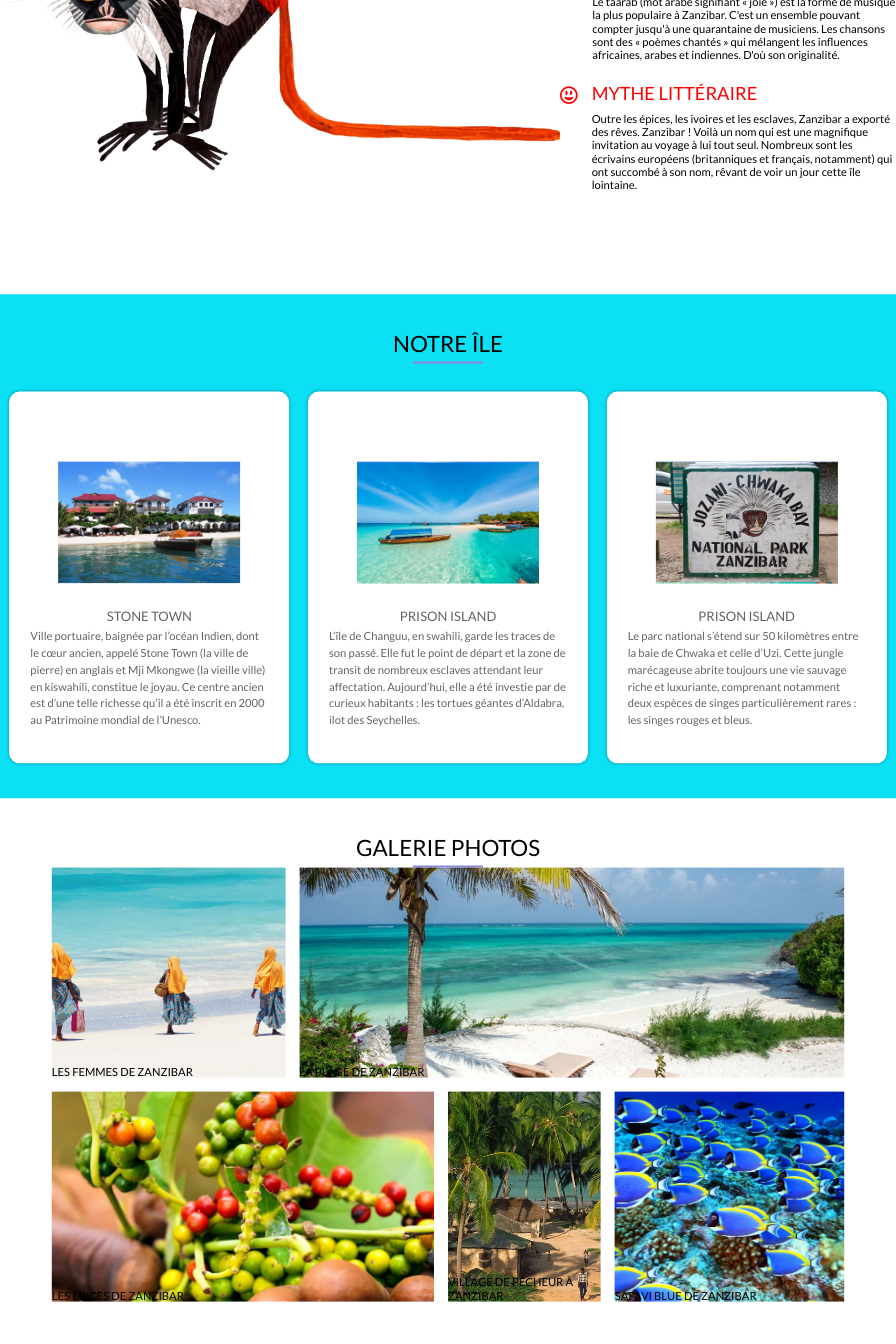
Repository: ypiard85/zanzibar
Page: index.html
An editor plug-in stored every save of this project. The page is shown before and after the next save, followed by the edit.
The browser window is 1280 px wide. The pictures show the part of the page from y = 1158 to 3078 px (the page is 3078 px tall), at 70% of full size.
Some web fonts or font styles are not loaded; a fallback is used.

Above is the page before, as saved 2021-03-01 11:32:36.

### index.html
<!DOCTYPE html>
<html lang="en">
  <head>
    <meta charset="UTF-8" />
    <meta http-equiv="X-UA-Compatible" content="IE=edge" />
    <meta name="viewport" content="width=device-width, initial-scale=1.0" />
    <link rel="stylesheet" href="font/font.css" />
    <link rel="stylesheet" href="./style.css" />
    <link
      rel="stylesheet"
      href="https://use.fontawesome.com/releases/v5.15.2/css/all.css"
      integrity="sha384-vSIIfh2YWi9wW0r9iZe7RJPrKwp6bG+s9QZMoITbCckVJqGCCRhc+ccxNcdpHuYu"
      crossorigin="anonymous"
    />
    <link
      href="https://fonts.googleapis.com/css?family=Lato:300,400,700"
      rel="stylesheet"
    />
    <link
      href="https://fonts.googleapis.com/css?family=Sanchez"
      rel="stylesheet"
    />
    <title> </title>
  </head>
  <body>
    <header role="header">
      <nav class="nav">
        <div class="nav_left">
          <a href="">
            Zanibar
          </a>
        </div>
        <ul class="nav_link">
          <li><a href="">Qui sommes-nous</a></li>
          <li><a href="">Notre île</a></li>
          <li><a href="">Photos</a></li>
          <li><a href="">Témoignages</a></li>
          <li><a href="">Nos séjours</a></li>
          <li><a href="">Contact</a></li>
        </ul>
      </nav>
    </header>
      <section class="image_thumbnail">
        <div class="content_thumbnail">
          <p class="titlte_first">ZANBIZAR</p>
          <p class="title_second">UN ART DE VIVRE</p>
          <p>Lorem ipsum dolor sit amet consectetur adipisicing elit.</p>
          <a href="" class="btn_plein">Notre île</a>
          <a href="" class="btn_empty">Contactez-nous</a>
        </div>
      </section>
      <section class="about">
        <div class="title">
          <p class="blue_border">Qui sommes-nous</p>
        </div>
        <div class="about_content">
          <div class="about_content_left">
            <img src="./tea.png" alt="tea image" />
          </div>
          <div class="about_content_right">
            <div class="about_content_option">
              <i class="far fa-check-circle"></i>
              <p>
                <span>RELIGIONS ET CROYANCES</span>
                La religion principale à Zanzibar est l'islam (97 %), à
                dominante sunnite. Les hindouistes constituent une toute petite
                communauté. Plusieurs minorités religieuses (musulmanes) ont élu
                domicile à Zanzibar : es ismaéliens (qui vénèrent Ismaël, l'un
                des descendants du prophète Ali, et dont le chef spirituel et
                temporel est le célèbre et richissime Aga Khan) et les dawoodis
                bohras, des Indo-Pakistanais, qui suivent les préceptes du
                Coran, mais dont la pratique religieuse, marginale, est beaucoup
                moins dogmatique.
              </p>
            </div>
            <div class="about_content_option">
              <i class="far fa-check-circle"></i>
              <p>
                <span>MUSIQUE</span>
                Le taarab (mot arabe signifiant « joie ») est la forme de
                musique la plus populaire à Zanzibar. C'est un ensemble pouvant
                compter jusqu'à une quarantaine de musiciens. Les chansons sont
                des « poèmes chantés » qui mélangent les influences africaines,
                arabes et indiennes. D'où son originalité.
              </p>
            </div>
            <div class="about_content_option">
              <i class="far fa-grin-alt"></i>
              <p>
                <span>MYTHE LITTÉRAIRE</span>
                Outre les épices, les ivoires et les esclaves, Zanzibar a
                exporté des rêves. Zanzibar ! Voilà un nom qui est une
                magnifique invitation au voyage à lui tout seul. Nombreux sont
                les écrivains européens (britanniques et français, notamment)
                qui ont succombé à son nom, rêvant de voir un jour cette île
                lointaine.
              </p>
            </div>
          </div>
        </div>
      </section>
      <section class="notre_ile">
        <div class="title">
          <p class="blue_border">Notre île</p>
        </div>
        <div class="content">
          <div class="card">
            <img src="./card/stone-town.png" alt="stone town" />
            <h3>STONE TOWN</h3>
            <p>
              Ville portuaire, baignée par l’océan Indien, dont le cœur ancien,
              appelé Stone Town (la ville de pierre) en anglais et Mji Mkongwe
              (la vieille ville) en kiswahili, constitue le joyau. Ce centre
              ancien est d’une telle richesse qu’il a été inscrit en 2000 au
              Patrimoine mondial de l’Unesco.
            </p>
          </div>
          <div class="card">
            <img src="./card/prison-island.png" alt="" />
            <h3>PRISON ISLAND</h3>
            <p>
              L’île de Changuu, en swahili, garde les traces de son passé. Elle
              fut le point de départ et la zone de transit de nombreux esclaves
              attendant leur affectation. Aujourd’hui, elle a été investie par
              de curieux habitants : les tortues géantes d’Aldabra, ilot des
              Seychelles.
            </p>
          </div>
          <div class="card">
            <img src="./card/parc-national-jozani.png" alt="" />
            <h3>PRISON ISLAND</h3>
            <p>
              Le parc national s’étend sur 50 kilomètres entre la baie de Chwaka
              et celle d’Uzi. Cette jungle marécageuse abrite toujours une vie
              sauvage riche et luxuriante, comprenant notamment deux espèces de
              singes particulièrement rares : les singes rouges et bleus.
            </p>
          </div>
        </div>
      </section>
      <section class="galerie">
        <div class="title">
          <p class="blue_border">GALERIE PHOTOS</p>
        </div>
        <div class="image_galerie">
            <div class="img_top">
              <div class="img_top_left">
                <p class="img_title">LES FEMMES DE ZANZIBAR</p>
              </div>
              <div class="img_top_right">
                <p class="img_title">LA PLAGE DE ZANZIBAR</p>
              </div>
            </div>
            <div class="img_bottom">
              <div class="img_bottom_left">
                <p class="img_title">LES ÉPICES DE ZANZIBAR</p>
              </div>
              <div class="img_bottom_center">
                <p class="img_title">VILLAGE DE PÊCHEUR À ZANZIBAR</p>
              </div>
              <div class="img_bottom_right">
                <p class="img_title">SAFAVI BLUE DE ZANZIBAR</p>
              </div>
            </div>
        </div>
      </section>
    </div>
  </body>
</html>

### font/font.css
/*! Generated by Font Squirrel (https://www.fontsquirrel.com) on June 4, 2019 */



@font-face {
    font-family: 'warnesregular';
    src: url('warnes-regular-webfont.eot');
    src: url('warnes-regular-webfont.eot?#iefix') format('embedded-opentype'),
         url('warnes-regular-webfont.woff2') format('woff2'),
         url('warnes-regular-webfont.woff') format('woff'),
         url('warnes-regular-webfont.ttf') format('truetype'),
         url('warnes-regular-webfont.svg#warnesregular') format('svg');
    font-weight: normal;
    font-style: normal;

}

### style.css
:root{
    --font-family-title: "warnesregular";
    --guillemet-citation: "Sanchez", serif;
    --font-size-title-medium: 32px;
    --button-header-blue: rgb(85, 85, 199);
    --font-size-title-red: red;
}

*{
    margin: 0;
    padding: 0;
    box-sizing: border-box;
    list-style: none;
    text-decoration: none;
    transition: 0.3s;
}

html {
    background-color: #fff;
    font-family: "Lato", "Arial", sans-serif;
}


.nav{
    background: black;
    display: flex;
    justify-content: space-around;
    align-items: center;
    padding: 5px 0;
    width: 100%;
}

section{
    padding: 50px 0;
}

.nav *{
    color: #fff;
}

.nav_left a{
    font-family: var(--font-family-title);
    font-size: 32px;
}

.nav_link{
    display: flex;
}

.nav_link li a{
    color: rgb(233, 233, 233);
    margin: 0 10px;

}

.image_thumbnail{
    background-image: url('./header.jpg');
    background-repeat: no-repeat;
    background-position: center right;
    height: 93vh;

}

.content_thumbnail{
    padding: 190px;
    color: #fff;
}

.content_thumbnail .titlte_first{
    font-size: 58px;
}

.content_thumbnail .title_second{
    font-size: 58px;
    font-weight: 100;
}

.content_thumbnail > a{
    display: inline-block;
    margin-top: 10px;
    padding: 8px 30px;
    border-radius: 8px;
    margin-right: 20px;
    font-weight: 600;
}

.btn_plein{
    background-color: white;
    color: var(--button-header-blue);
}

.btn_plein:hover{
    background-color: var(--button-header-blue);
    color: white;
}

.btn_empty{
    background-color: transparent;
    color: #fff;
    border: 2px solid #fff;
}

.btn_empty:hover{
    color: var(--button-header-blue);
    background-color: white;
}


section .title p {
    text-align: center;
    text-transform: uppercase;
    font-size: var(--font-size-title-medium);
    position: relative;
}

.blue_border::after{
    content: '';
    position: absolute;
    background-color: rgb(138, 138, 218);
    left: 0;
    right: 0;
    bottom: -10px;
    height: 3px;
    width: 100px;
    margin: 0 auto;
}

.about_content{
    margin-top: 60px;
    display: flex;
    justify-content: space-evenly;
}

.about_content_option{
    display: flex;
    margin-bottom: 30px;
}

.about_content_option i{
    font-size: 26px;
    color: var(--font-size-title-red);
    margin-right: 20px;
    margin-top: 5px;
}

.about_content_option p span{
    display: block;
    color: var(--font-size-title-red);
    font-size: 26px;
    margin-bottom: 10px;
}

.about_content_right{
    width: 500px;
}

.notre_ile{
    background-color: #0CE0F5;
}

.notre_ile > .content{
    margin-top: 50px;
}

.card{
    background-color: #FFF;
    display: flex;
    flex-direction: column;
    align-items: center;
    width: 400px;
    max-width: 100%;
    padding: 50px 30px;
    border-radius: 15px;
    box-shadow: 0 0 5px rgba(0, 0, 0, 0.411);
    color: rgb(99, 99, 99);
}

.card *{
    font-weight: normal ;
}

.card h3{
    margin-bottom: 5px;
}

.card p{
    line-height: 1.5rem;
}

.card img{
    width: 260px;
}

.notre_ile .content{
    display: flex;
    align-items: center;
    justify-content: space-around;

}

.image_galerie{
    display: flex;
    flex-direction: column;
    justify-content: space-between;
    width: 90%;
    margin: auto;
}

.img_top, .img_bottom{
    display: flex;
    justify-content: space-around;
}

.img_top div, .img_bottom div{
    margin: 10px;
    height: 300px;
    position: relative;
}

.img_top_left{
    width: 30%;
    background-image: url('./galerie/femmes-zanzibar.jpg');
    background-size: cover;
    background-repeat: no-repeat;
    background-position: center center;

}

.img_top_right{
    width: 70%;
    background-image: url('./galerie/plage-zanzibar.jpg');
    background-size: cover;
    background-repeat: no-repeat;
    background-position: center center;
}

.img_bottom_left{
    width: 50%;
    background-image: url('./galerie/epices-zanzibar.jpg');
    background-size: cover;
    background-repeat: no-repeat;
    background-position: center center;
}

.img_bottom_center{
    width: 20%;
    background-image: url('./galerie/village-pecheur-zanzibar.jpg');
    background-size: cover;
    background-repeat: no-repeat;
    background-position: center center;
}

.img_bottom_right{
    width: 30%;
    background-image: url('./galerie/safari-blue.jpg');
    background-size: cover;
    background-repeat: no-repeat;
    background-position: center center;
}

.img_title{
    position: absolute;
    bottom: 0;
}

After the next save:
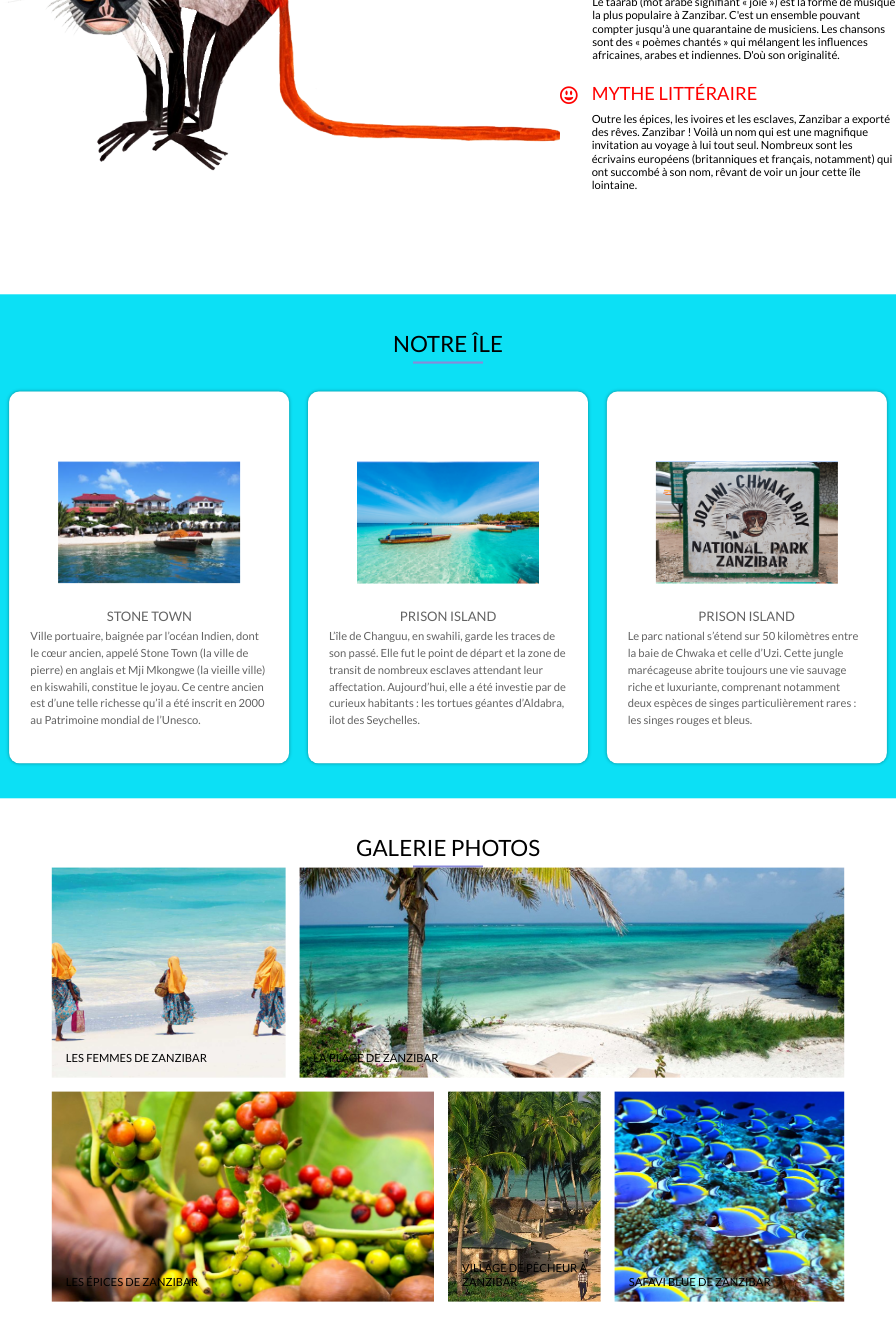
Saved 8 s later.
--- a/style.css
+++ b/style.css
@@ -260,5 +260,6 @@ section .title p {
 
 .img_title{
     position: absolute;
-    bottom: 0;
-}
+    bottom: 20px;
+    left: 20px;
+}
